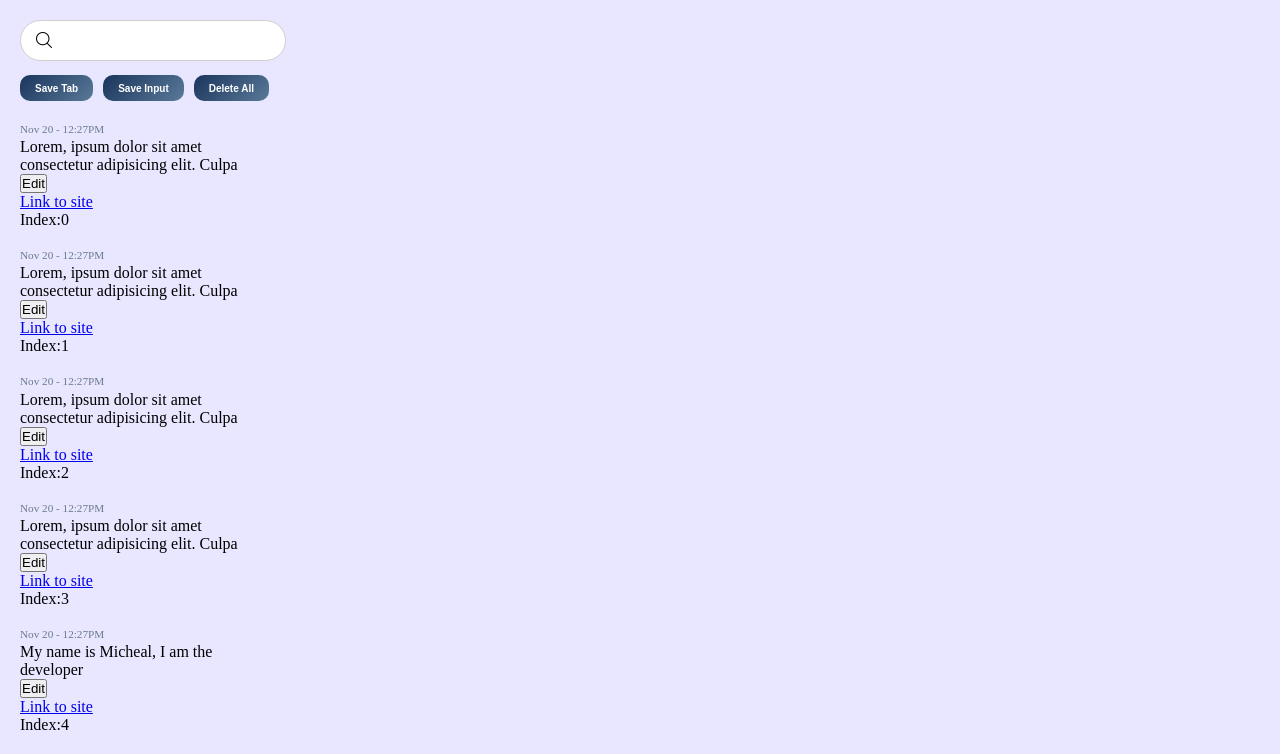
Repository: IdowuMicheal-1/Text-Tab-Organizer
Page: popup.html
The author's editor kept a copy of each file at every save. The page is drawn from the files as they stood at one save, then again after a run of saves.
The browser window is 1280 px wide. The pictures show the whole page.

Above is the page before, as saved 2025-05-14 15:05:35.

After the next 2 saves:
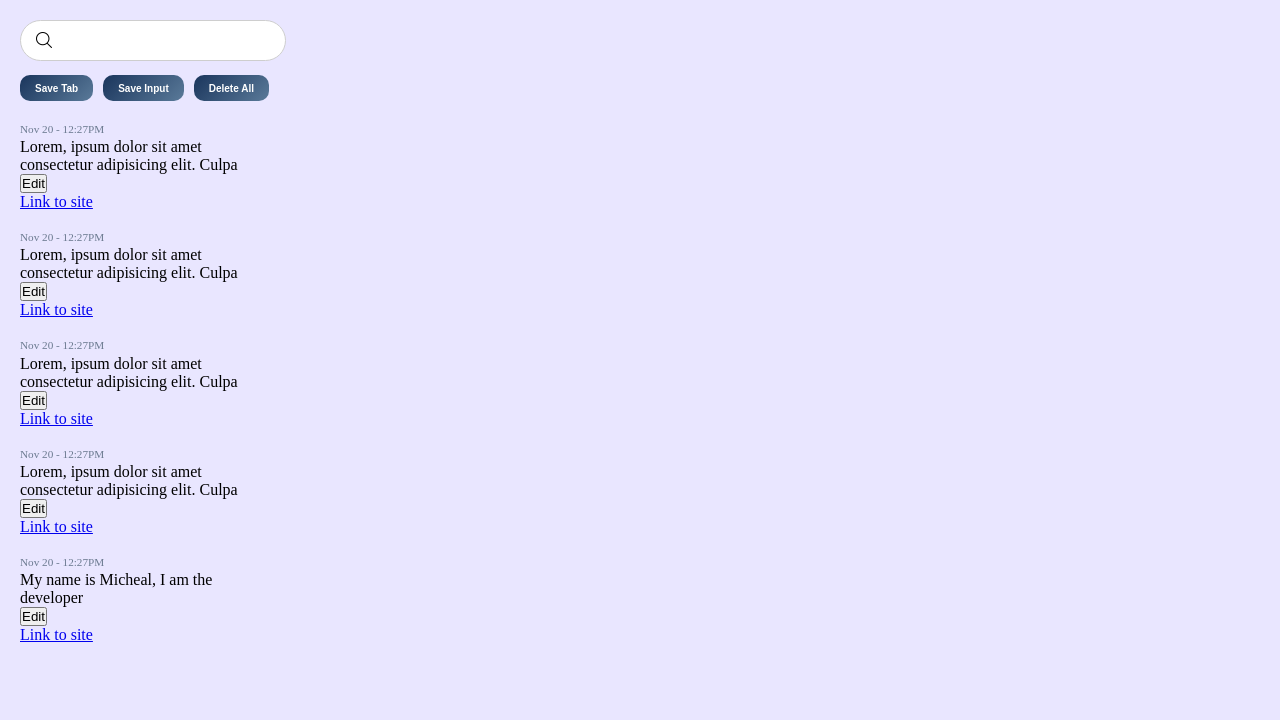
The 2 saves are shown as one change because they came seconds apart.
The last was saved 12 min 42 s later.
--- a/popup.js
+++ b/popup.js
@@ -42,7 +42,7 @@ ITEMS.map((items, index) => {
           <button class="edit-btn" onclick={editHandler}>Edit</button>
           </div>
           <p><a href="${items.link}">Link to site</a></p>
-          <p>Index:${index}</p>
+
        `;
 
 
